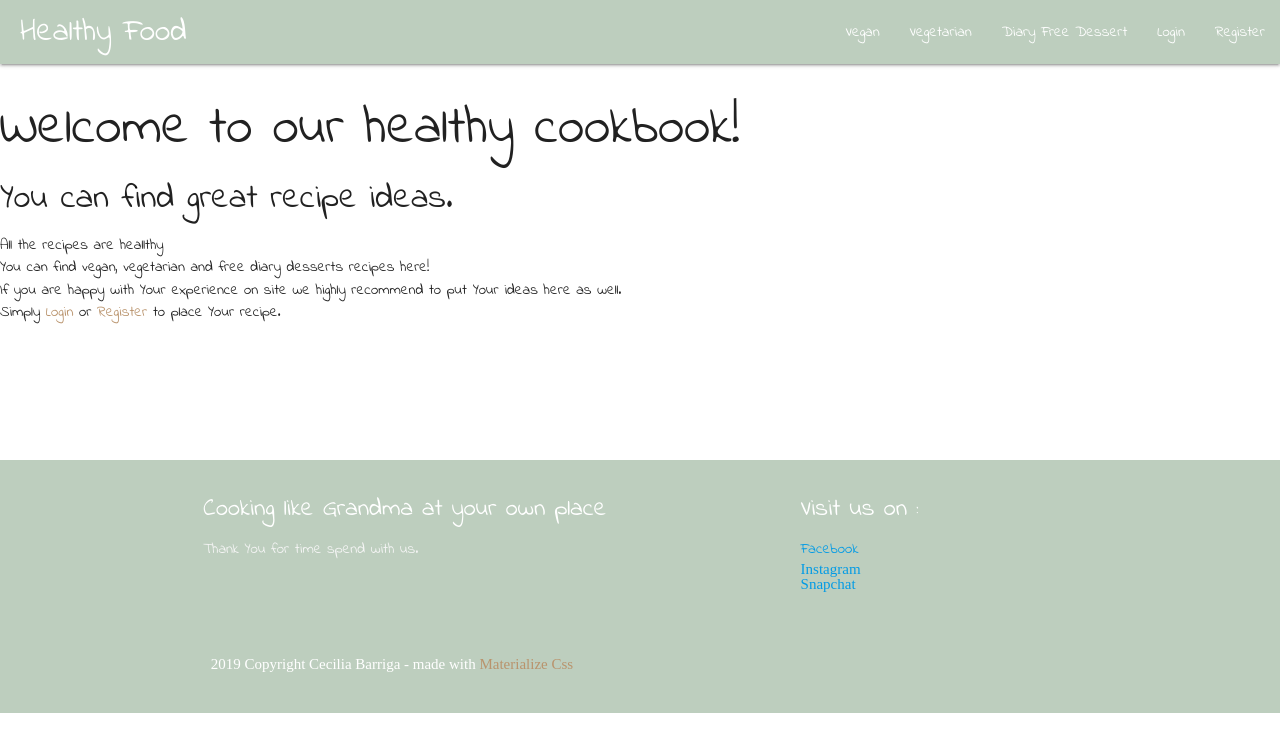
Repository: cesole/cookbook
Page: http://localhost/
The author's editor kept a record of every edit. The page is drawn from the files as they stood at one moment, then again after the next edit.
The browser window is 1280 px wide. The pictures show the whole page.
The page is served by the project's application, run on Flask 3 (app.py).

Above is the page before.

### templates/index.html
{% extends 'base.html'%}
{% block content %}
<div class="container-fluid" id="index">
    <h2>Welcome to our healthy cookbook!</h2>
    <h4>You can find great recipe ideas.</h4>
     <p class="index">All the recipes are heallthy<br>You can find vegan, vegetarian and free diary desserts recipes here!<br>
                                                    If you are happy with Your experience on site we highly recommend to put Your ideas here as well.<br>
                                                    Simply <a class="orange-text text-lighten-3" href="{{url_for('login')}}">Login</a> or <a class="orange-text text-lighten-3" href="{{url_for('register')}}">Register</a> to place Your recipe.</p>
</div>
{% endblock %}

### templates/base.html
<!DOCTYPE html>
<html lang="en">

<head>
    <meta charset="UTF-8">
    <meta name="viewport" content="width=device-width, initial-scale=1.0">

    <link href="https://fonts.googleapis.com/icon?family=Material+Icons" rel="stylesheet">
    <!-- Compiled and minified CSS -->
    <link rel="stylesheet" href="{{ url_for('static', filename='css/materialize.min.css') }}" type="text/css" />
    <link href="https://stackpath.bootstrapcdn.com/font-awesome/4.7.0/css/font-awesome.min.css" rel="stylesheet" integrity="sha384-wvfXpqpZZVQGK6TAh5PVlGOfQNHSoD2xbE+QkPxCAFlNEevoEH3Sl0sibVcOQVnN" crossorigin="anonymous">
    <link href="https://fonts.googleapis.com/css?family=Indie+Flower&display=swap" rel="stylesheet">
    <link rel="stylesheet" href="{{ url_for('static', filename='css/style.css') }}" type="text/css" />


    <title>Cookbook</title>
</head>

<body class="container-fluid">
    <nav>
        <div class="nav-wrapper">
            <a href="{{url_for('index')}}" class="brand-logo">Healthy Food</a>
            <a href="#" data-target="mobile-demo" class="sidenav-trigger"><i class="material-icons">menu</i></a>
            <ul class="right hide-on-med-and-down">
                {% if session.username %}
                <li>Hello, {{ session.username }}!</li>
                {% endif %}
                <li><a href="{{url_for('vegan')}}">Vegan</a></li>
                <li><a href="{{url_for('vegetarian')}}">Vegetarian</a></li>
                <li><a href="{{url_for('dessert')}}">Diary Free Dessert</a></li>
                {% if not session.username %}
                <li><a href="{{url_for('login')}}">Login</a></li>
                <li><a href="{{url_for('register')}}">Register</a></li>
                {% else %}
                <li><a href="{{url_for('get_my_recipes')}}">My Recipes</a></li>
                <li><a href="{{url_for('logout')}}">Logout</a></li>
                {% endif %}
            </ul>
        </div>
        <ul class="sidenav" id="mobile-demo">
            {% if session.username %}
            <li>Hello, {{ session.username }}!</li>
            {% endif %}
            <li><a href="{{url_for('vegan')}}">Vegan</a></li>
            <li><a href="{{url_for('vegetarian')}}">Vegetarian</a></li>
            <li><a href="{{url_for('dessert')}}">Diary Free Dessert</a></li>
            {% if not session.username %}
            <li><a href="{{url_for('login')}}">Login</a></li>
            <li><a href="{{url_for('register')}}">Register</a></li>
            {% else %}
            <li><a href="{{url_for('get_my_recipes')}}">My Recipes</a></li>
            <li><a href="{{url_for('logout')}}">Logout</a></li>
            {% endif %}
        </ul>
    </nav>

    <div class="container-fluid">
        <main>{% block content %}{% endblock %}</main>
    </div>

    <footer class="page-footer">
        <div class="container">
            <div class="row">
                <div class="col l6 s12">
                    <h5 class="white-text">Cooking like Grandma at your own place</h5>
                    <p class="grey-text text-lighten-4">Thank You for time spend with us.</p>
                </div>
                <div class="col l4 offset-l2 s12">
                    <h5 class="white-text">Visit us on :</h5>
                    <ul>
                        <li><a class="social-media" href="https://www.facebook.com/" target=_blank>Facebook</a><i class="fa fa-facebook-square"></li>
                        <li><a class="social-media" href="https://www.instagram.com/" target=_blank>Instagram</a><i class="fa fa-instagram"></li>
                        <li><a class="social-media" href="https://www.snapchat.com/" target=_blank>Snapchat</a><i class="fa fa-snapchat-square"></i></li>
                    </ul>
                </div>
            </div>
            <div class="copyright">
                <div class="row">
                    © 2019 Copyright Cecilia Barriga - made with <a class="orange-text text-lighten-3" href="https://materializecss.com/" target=_blank>Materialize Css</a>
                </div>
            </div>
        </div>
    </footer>


    <script src="https://code.jquery.com/jquery-3.3.1.slim.min.js" integrity="sha384-q8i/X+965DzO0rT7abK41JStQIAqVgRVzpbzo5smXKp4YfRvH+8abtTE1Pi6jizo" crossorigin="anonymous"></script>
    <!-- Compiled and minified JavaScript -->
    <script src="https://cdnjs.cloudflare.com/ajax/libs/materialize/1.0.0/js/materialize.min.js"></script>

    <script>
        $(document).ready(function() {
            $('.sidenav').sidenav();
            $('.parallax').parallax();
            $('.carousel').carousel();
            $('.slider').slider();
            $('select').formSelect();
        });
    </script>

</body>

</html>

### app.py
import os
from flask import Flask, render_template, flash, redirect, request, url_for, session, make_response, current_app
from flask_pymongo import PyMongo
import pymongo
from pymongo import MongoClient
from bson.objectid import ObjectId
import json
from datetime import datetime
from functools import update_wrapper


app = Flask(__name__)
app.config["MONGO_DBNAME"] = 'cook_book'
app.config["MONGO_URI"] = os.getenv('MONGO_URI', 'mongodb://localhost')
app.config['SECRET_KEY'] = "cooking_book"


mongo = PyMongo(app)




@app.route('/')
@app.route('/index')
def index():
    return render_template('index.html')

@app.route('/vegan')
def vegan():
    return render_template('vegan.html',
                            meals=mongo.db.meals.find())

@app.route('/vegetarian')
def vegetarian():
    return render_template('vegetarian.html',
                            meals=mongo.db.meals.find())

@app.route('/dessert')
def dessert():
    return render_template('dessert.html',
                            meals=mongo.db.meals.find())

@app.route('/login', methods=["POST", "GET"])
def login():
    users = mongo.db.users
    login_user = users.find_one({"username" : request.form.get("username", False)})
    if login_user:
        if (request.form['pass']) == login_user['password']:
            session['username'] = request.form['username']
            return redirect(url_for('index'))
        flash('Invalid username/password combination')

    return render_template('login.html')




@app.route('/register', methods=["POST", "GET"])
def register():
    if request.method == "POST":
        users = mongo.db.users
        existing_user = users.find_one({"username" : request.form['username']})
        if existing_user is None:
            users.insert({'username' : request.form['username'],
                            'password' : request.form['pass']
            })
            session['username'] = request.form['username']
            return redirect(url_for('index'))
        flash("Username already exist! Try again!")
    return render_template('register.html')


@app.route('/get_my_recipes', methods=['GET', 'POST'])
def get_my_recipes():
    if not 'username' in session:
        return redirect('/login')
    else:
        meals = mongo.db.meals.find()
        return render_template('user_recipes.html',
                           user=session['username'],
                        meals=meals)

@app.route('/add_recipe')
def add_recipe():
    return render_template('add_recipe.html',
                            categories=mongo.db.categories.find(),
                            meals=mongo.db.meals.find())


@app.route('/insert_recipe', methods=['POST'])
def insert_recipe():
    meals =  mongo.db.meals
    meals.insert_one(request.form.to_dict())
    return render_template('user_recipes.html',
    categories=mongo.db.categories.find(),
                            meals=mongo.db.meals.find())


@app.route('/delete_recipe/<meal_id>')
def delete_recipe(meal_id):
    mongo.db.meals.remove({'_id': ObjectId(meal_id)})
    return redirect(url_for('get_my_recipes'))


@app.route('/edit_recipe/<meal_id>')
def edit_recipe(meal_id):
    the_meal =  mongo.db.meal.find_one({"_id": ObjectId(meal_id)})
    all_categories =  mongo.db.categories.find()
    return render_template('edit_recipe.html', meal=the_meal,
                           categories=all_categories)


@app.route('/update_recipe/<meal_id>', methods=["POST"])
def update_recipe(meal_id):
    meals = mongo.db.meals
    meals.update( {'_id': ObjectId(meal_id)},
    {
        'dish_name':request.form.get('dish_name'),
        'category_name':request.form.get('category_name'),
        'dish_description': request.form.get('dish_description'),
        'ingredient_one': request.form.get('ingredient_one'),
        'ingredient_two': request.form.get('ingredient_two'),
        'ingredient_three': request.form.get('ingredient_three'),
        'ingredient_four': request.form.get('ingredient_four'),
        'ingredient_five': request.form.get('ingredient_five'),
        'ingredient_six': request.form.get('ingredient_six'),
        'step_one': request.form.get('step_one'),
        'step_two': request.form.get('step_two'),
        'step_three': request.form.get('step_three'),
        'step_four': request.form.get('step_four'),
        'step_five': request.form.get('step_five'),
        'step_six': request.form.get('step_six'),
        'image': request.form.get('image'),
        'cook_time': request.form.get('cook_time'),
        'prep_time': request.form.get('prep_time'),
        'author': request.form.get('author')
    })
    return redirect(url_for('get_my_recipes'))



@app.route('/logout')
def logout():
    session.clear()
    return redirect(url_for('index'))

@app.route('/recipe/<meal_id>', methods=['GET', 'POST'])
def recipe(meal_id):
    the_meal =  mongo.db.meals.find_one({"_id": ObjectId(meal_id)})
    return render_template('recipe.html', meal=the_meal)


if __name__ == '__main__':
    app.run(host=os.environ.get('IP'),
            port=int(os.environ.get('PORT')),
            debug=True)

### static/css/style.css
.parallax {
    background-image: url('static/images/background.jpg');
}

nav .nav-wrapper {
    position: relative;
    height: 100%;
    background-color: #bdcebe !important;
    color: white;
}

.index-container {
    margin-left: 30px;
    color: #d6cbd3;
}

.brand-logo {
    font-family: 'Indie Flower', cursive;
    margin-left: 20px;
}

html {
    font-family: 'Indie Flower', cursive;
}

.description {
    font-size: 1.5rem;
}

main {
    min-height: 50vh;
}

form {
    margin-top: 50px;
}

.meals {
    padding-top: 50px;
}

span.card-title {
    background-color: #d68d057a;
    width: 100%;
    padding: 10px !important;
}

.card-content {
    height: 100px;
}

/* Caption styles */

.caption {
    background-color: rgba(0, 0, 0, 0.1);
}

/* parallax styles */
.grey-text.text-darken-3 {
    color: white !important;
    text-align: center;
}

.white {
    background-color: #bdcebe !important;
    color: white;
    text-align: center;
}

/* end of style */

/* carousel style */

.carousel {
    height: 250px;
}

/* end of styles */

.input-field label {
    color: black;
}

.input-field input[type=text],
.input-field input[type=password],
.input-field input[type=email]{
    border-bottom: 1px solid black;
    box-shadow: 0 1px 0 0 black;
}

.switch label {
    color: black;
}

textarea.materialize-textarea {
    border-bottom: 1px solid black;
    box-shadow: 0 1px 0 0 black;
}

label.active {
    color: yellow !important;
}


.page-footer {
    padding-top: 20px;
    color: #fff;
    background-color: #bdcebe !important;
}

img.responsive-img {
    max-width: 70%;
    height: auto;
}


.title-image {
    background-image: url('static/images/background.jpg');
}

.flashes {
    text-align: center;
    font-size: 2rem;
}


.orange-text.text-lighten-3 {
    color: #b9936c !important;
}


.fa-instagram:before {
    display: none !important;
}

.fa-facebook-square:before{
    display: none !important;
}

.fa-snapchat-square:before {
    display: none !important;
}

/* MEDIA STYLE */

@media (max-width: 768px) {
    nav .brand-logo {
        font-size: 1rem;
    }
}

Loaded but not shown: static/css/materialize.min.css (library)

After the next edit:
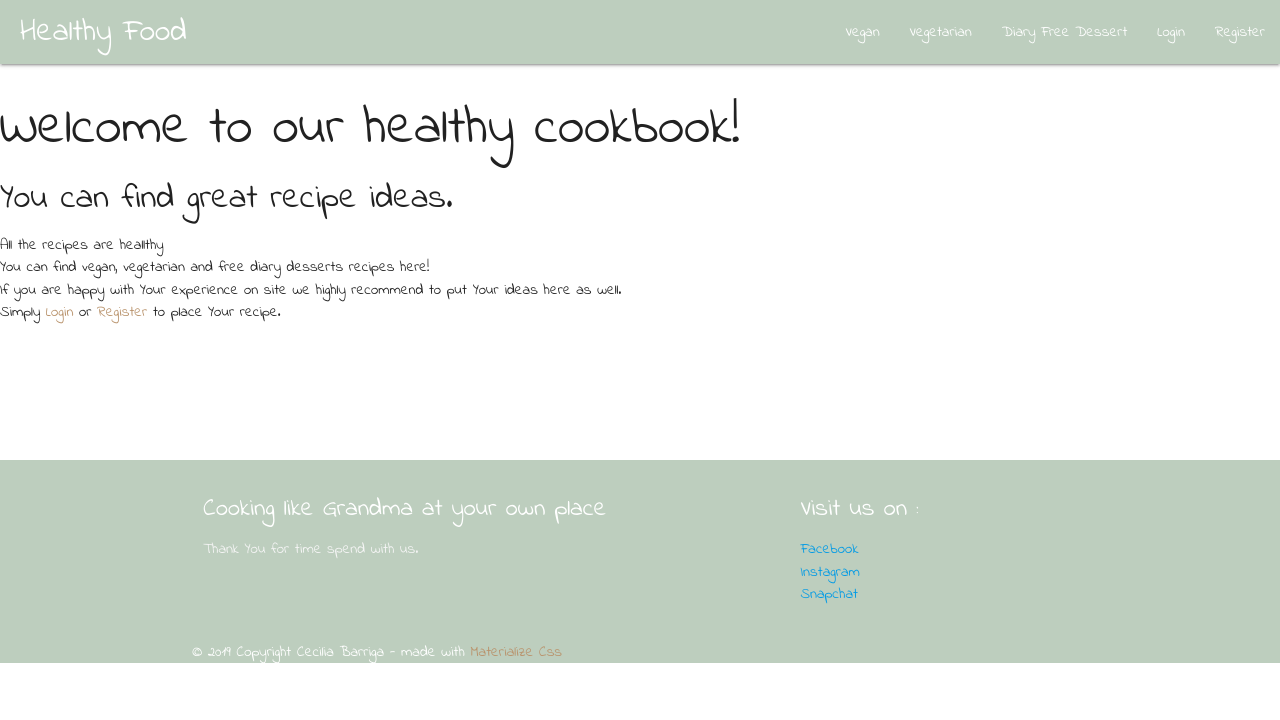
The edit:
--- a/templates/base.html
+++ b/templates/base.html
@@ -68,9 +68,9 @@
                 <div class="col l4 offset-l2 s12">
                     <h5 class="white-text">Visit us on :</h5>
                     <ul>
-                        <li><a class="social-media" href="https://www.facebook.com/" target=_blank>Facebook</a><i class="fa fa-facebook-square"></li>
-                        <li><a class="social-media" href="https://www.instagram.com/" target=_blank>Instagram</a><i class="fa fa-instagram"></li>
-                        <li><a class="social-media" href="https://www.snapchat.com/" target=_blank>Snapchat</a><i class="fa fa-snapchat-square"></i></li>
+                        <li><i class="fa fa-facebook-square"></i><a class="social-media" href="https://www.facebook.com/" target=_blank>Facebook</a></li>
+                        <li><i class="fa fa-instagram"></i><a class="social-media" href="https://www.instagram.com/" target=_blank>Instagram</a></li>
+                        <li><i class="fa fa-snapchat-square"></i><a class="social-media" href="https://www.snapchat.com/" target=_blank>Snapchat</a></li>
                     </ul>
                 </div>
             </div>
